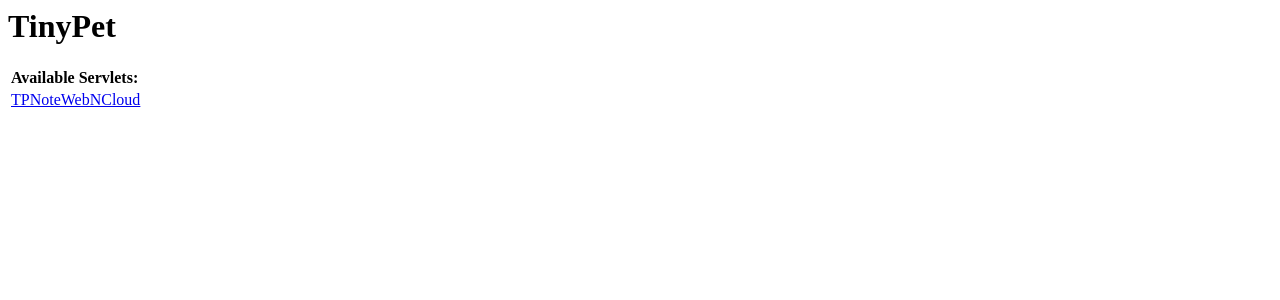
Repository: orichalque/M1
Page: TPNote/TPNoteWebNCloud/war/index.html
The author's editor kept a copy of each file at every save. The page is drawn from the files as they stood at one save, then again after the next save.
The browser window is 1280 px wide. The pictures show the whole page.
Some web libraries are served in a nearby version.

Above is the page before, as saved 2015-11-18 08:56:29.

After the next save:
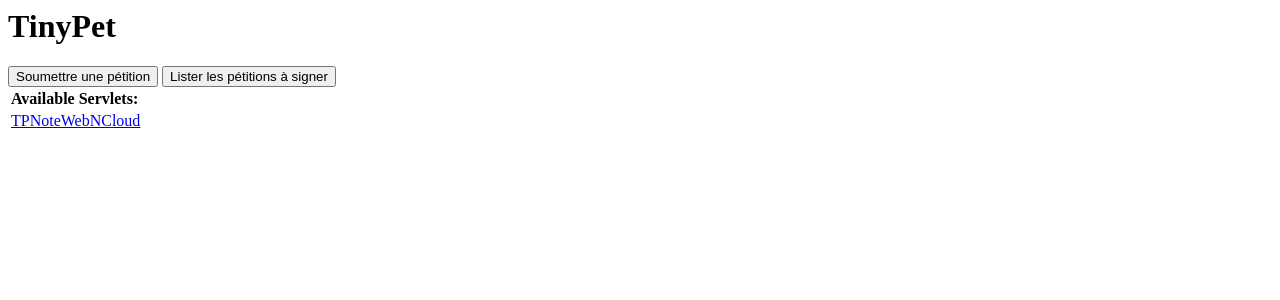
Saved 5 min 27 s later.
--- a/TPNote/TPNoteWebNCloud/war/index.html
+++ b/TPNote/TPNoteWebNCloud/war/index.html
@@ -15,9 +15,8 @@
   <body ng-app="tinypet">
     <h1>TinyPet</h1>
 	<div ng-controller="tinyCtrl">
-	<span>
-		{{tinyCtrl.value}}
-	</span>
+		<button ng-click="tinyCtrl.submit()">Soumettre une pétition</button>
+		<button ng-click="tinyCtrl.vote()">Lister les pétitions à signer</button>
     <table>
       <tr>
         <td colspan="2" style="font-weight:bold;">Available Servlets:</td>
